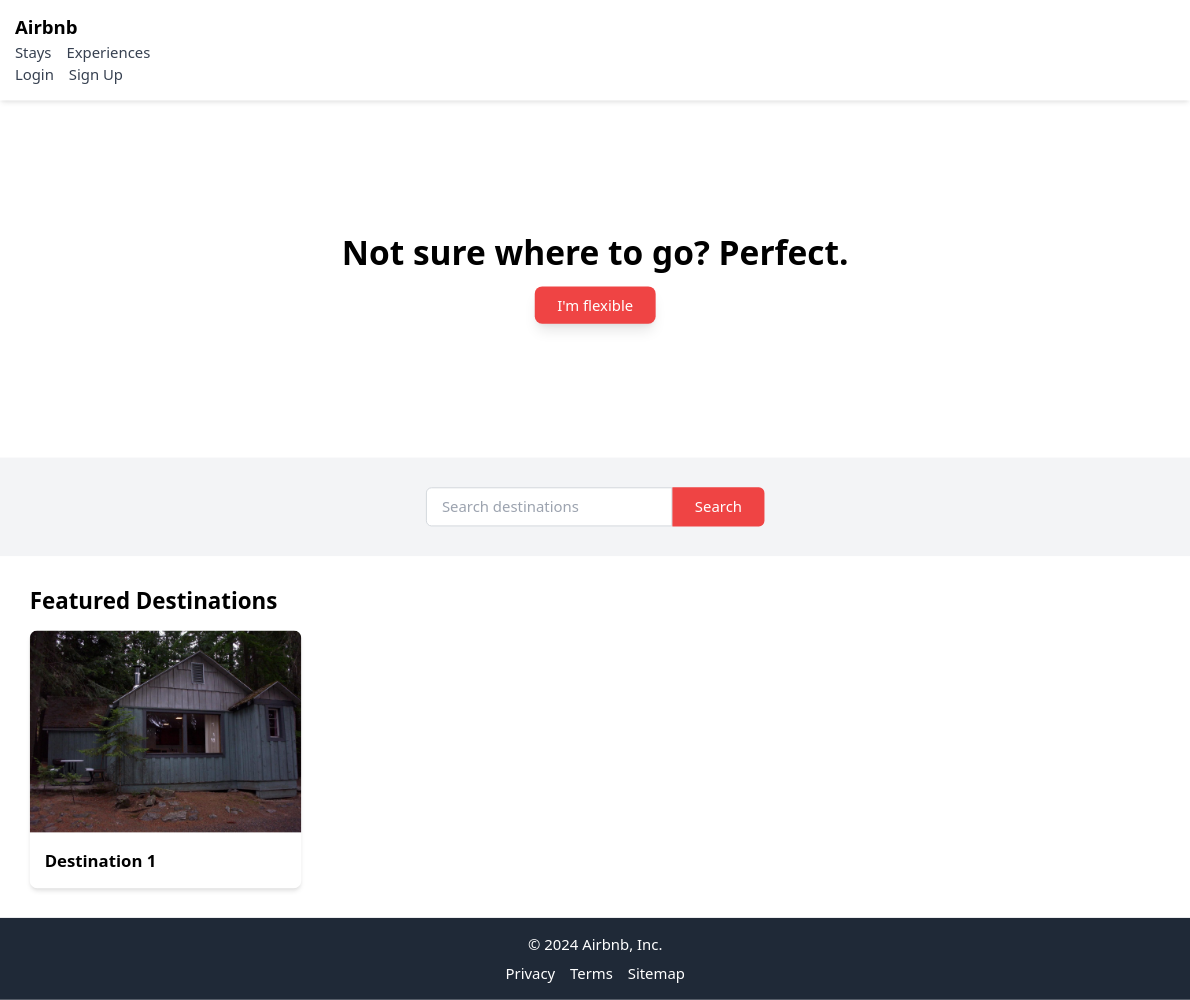
Repository: rmdayberry/Airbnb-Clone
Page: index.html
The author's editor kept a copy of each file at every save. The page is drawn from the files as they stood at one save, then again after the next save.
The browser window is 1280 px wide. The pictures show the whole page, at 93% of full size.

Above is the page before, as saved 2024-08-13 16:33:10.

After the next save:
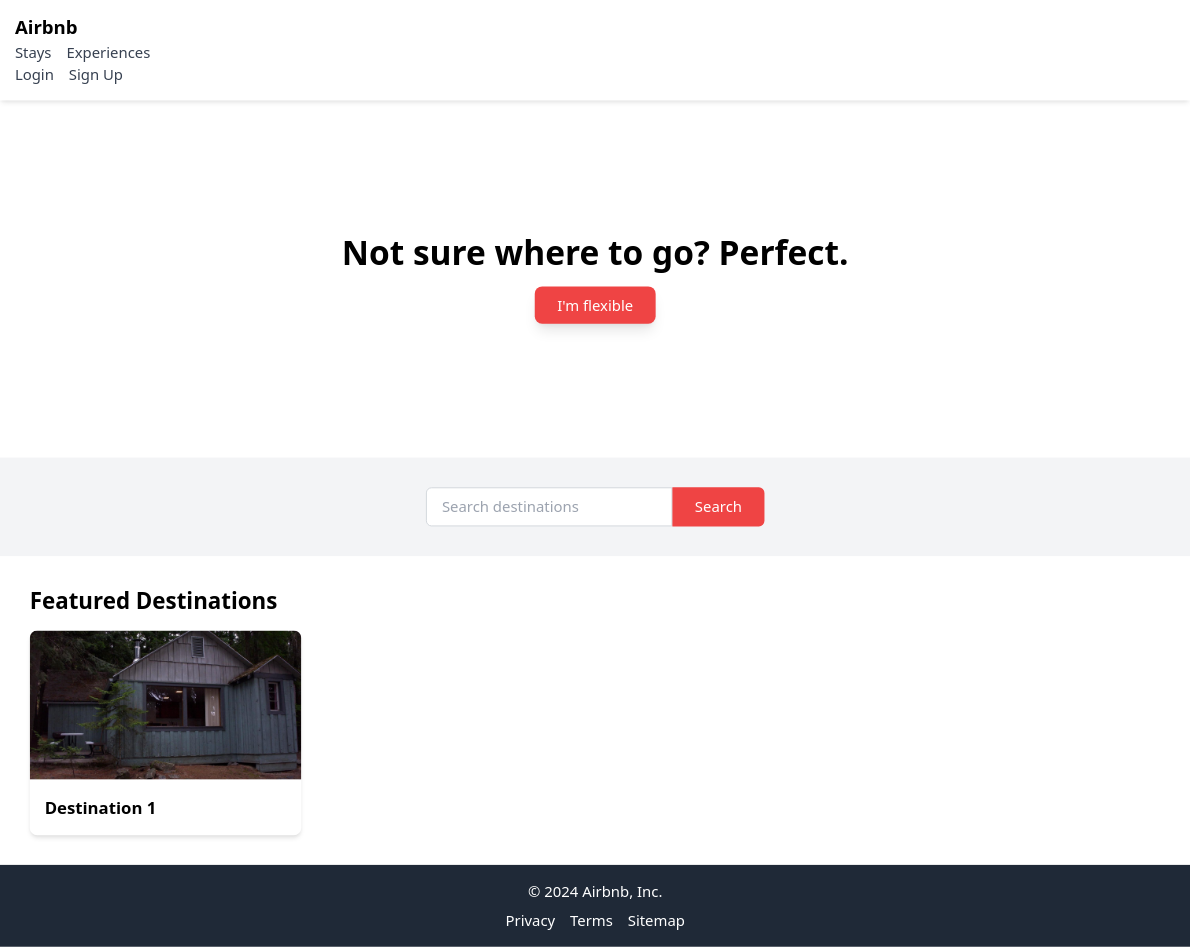
Saved 24 s later.
--- a/index.html
+++ b/index.html
@@ -56,7 +56,7 @@
       >
         <!-- Each listing-->
         <div class="bg-white shadow-md rounded-lg overflow-hidden">
-          <img src="Images/cabin_at_priest_lake.jpg" alt="Destination 1" class=""/>
+          <img src="Images/cabin_at_priest_lake.jpg" alt="Destination 1" class="w-full h-40 object-cover"/>
           <div class="p-4">
             <h3 class="text-lg font-semibold">Destination 1</h3>
           </div>
